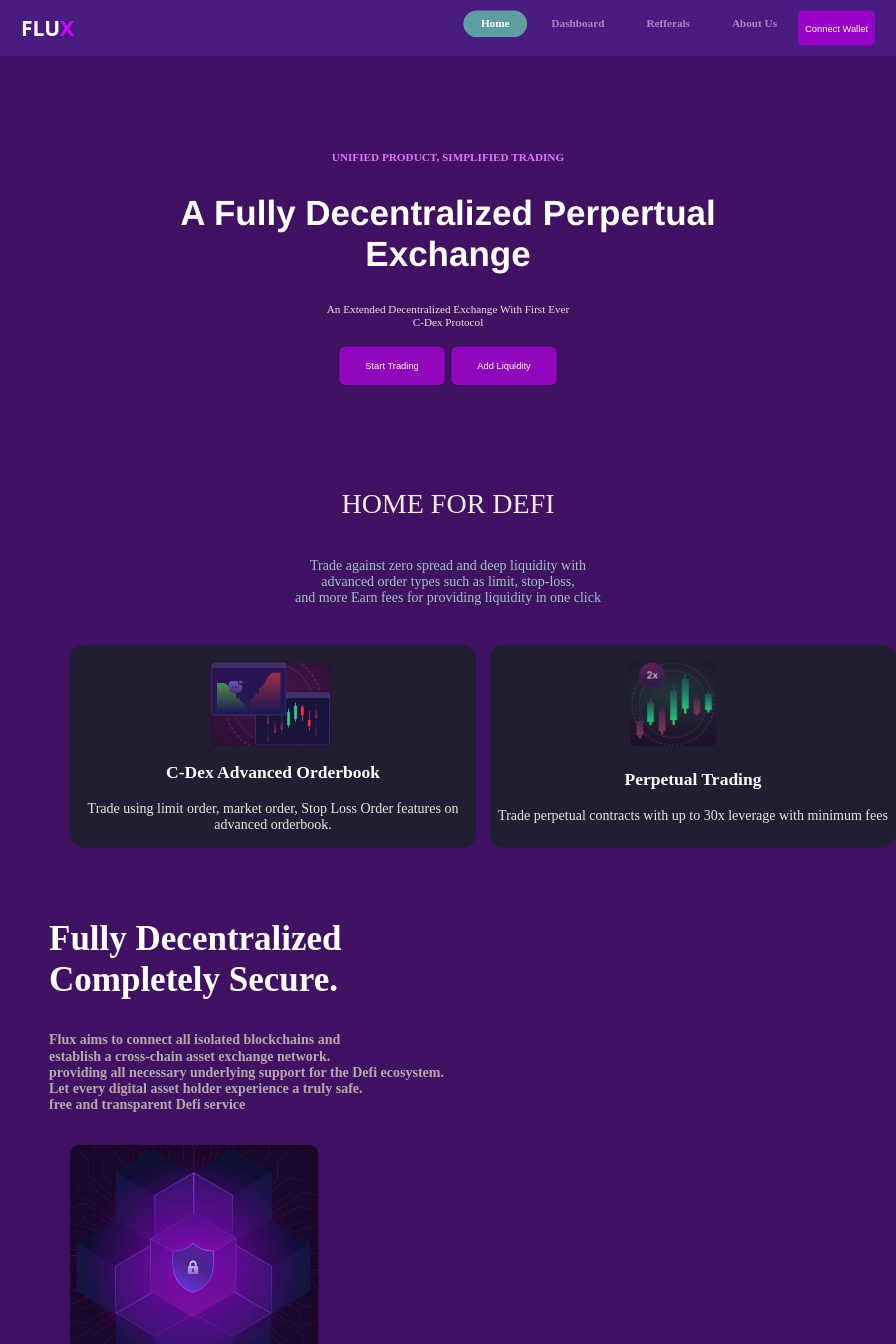
Repository: Tobby004/Flux-figma
Page: index.html
The author's editor kept a copy of each file at every save. The page is drawn from the files as they stood at one save, then again after the next save.
The browser window is 1280 px wide. The pictures show the part of the page from y = 0 to 1920 px (the page is 3239 px tall), at 70% of full size.

Above is the page before, as saved 2023-04-30 06:17:16.

### index.html
<!DOCTYPE html>
<html lang="en">
<head>
    <meta charset="UTF-8">
    <meta http-equiv="X-UA-Compatible" content="IE=edge">
    <meta name="viewport" content="width=device-width, initial-scale=1.0">
    <title>Flux Template</title>
    <link rel="stylesheet" href="style.css">
</head>
<body>
    <header>
   <nav class="navbar">
    <div class="logo">FLU<b>X</b>
    </div>
    <div class="hamburger">
        <div class="line"></div>
        <div class="line"></div>
        <div class="line"></div>
   </div>
        <ul>
            <li><a href="" class="active">Home</a></li>
            <li><a href="#">Dashboard</a></li>
            <li><a href="#">Refferals</a></li>
            <li><a href="#">About Us</a></li>
            <button>Connect Wallet</button>
        </ul>
        </nav>
    </header>
    <br><br>
    <h4>UNIFIED PRODUCT, SIMPLIFIED TRADING</h4>
    <h2> A Fully Decentralized Perpertual <br>Exchange </h2>
    <p>An Extended Decentralized Exchange With First Ever <br>C-Dex Protocol</p>
    <div class="button">
        <input type="button" value="Start Trading">
        <input type="button" value="Add Liquidity">
    </div>
<br>
<br>
<div class="section1">
    <h4>HOME FOR DEFI</h4>
    <p>Trade against zero spread and deep liquidity with<br> advanced order types such as limit, stop-loss,<br> and more Earn fees for providing liquidity in one click</p>
</div>
<br><br>
<div class="box">
    <div class="box1">
       <img src="img1.jpg">
  <h3>C-Dex Advanced Orderbook</h3>
  <p>Trade using limit order, market order, Stop Loss Order features on <br>advanced orderbook.</p>
    </div>
    <div class="box2">
        <img src="img2.jpg">
        <h3>Perpetual Trading</h3>
        <p>Trade perpetual contracts with up to 30x leverage with minimum fees</p>
    </div>
</div>
<section>
    <h1>Fully Decentralized <br>Completely Secure.</h1>
    <h6>Flux aims to connect all isolated blockchains and <br>establish a cross-chain asset exchange network.<br>providing all necessary underlying support for the Defi ecosystem.<br> Let every digital asset holder experience a truly safe.<br>free and transparent Defi service</h6>
    <img src="IMG3.jpg">
</section>
    <checkbox>
       <a><ion-icon name="checkmark-circle"></ion-icon>Built by experienced blockchain Developers</i></a>
       <a><ion-icon name="checkmark-circle"></ion-icon>Regular review and testing of platform</a>
       <a><ion-icon name="checkmark-circle"></ion-icon>Non-custodial and secured</a>
       </checkbox>
    <h1>Take Full Advantage of Everything <br>Layer 2 Has to Offer</h1>
    <checkbox>
        <a><ion-icon name="checkmark-circle"></ion-icon>Say goodbye to high gas fees</a>
        <a><ion-icon name="checkmark-circle"></ion-icon>Execute your trades instantly</a>
        <a><ion-icon name="checkmark-circle"></ion-icon>Trade from any device</a>
        <a><ion-icon name="checkmark-circle"></ion-icon>Stay completely secure with optimistic rollups</a>
        <a><ion-icon name="checkmark-circle"></ion-icon>Gain leveraged exposure on limitless assets</a>
    </checkbox>
   <div class="boxing">
    <div class="box3">
        <img src="img5.jpg">
        <h3>C-Dex Advanced Orderbook</h3>
        <p>User buy and sell crypto directly to / from the <br>self custodial wallet of their choice. No Deposits, only. direct crypto-flat transfers</p>
    </div>
   </div>
    <div class="container">
        <h1>FLU<b>X<b/></h1>
        <ul>
        <li><a href="#">Getting started</a></li>
        <li><a href="#">Support</a></li>
        <li><a href="#">FAQ</a></li>
        <li><a href="#">Terms Of Service</a></li>
     <icon1>
    <ion-icon name="logo-twitter"></ion-icon>
    <ion-icon name="logo-facebook"></ion-icon>
    <ion-icon name="logo-instagram"></ion-icon>
    </icon>
    <li><p>Copright 2023 Flux.All Rights Reserved</p></li>
</ul>
</div>
</body>
<script type="module" src="https://unpkg.com/ionicons@7.1.0/dist/ionicons/ionicons.esm.js"></script>
<script>
    hamburger = document.querySelector(".hamburger");
    hamburger.onclick = function(){
        navBar = document.querySelector(".navbar");
        navBar.classlist.toggle("active");
    }
</script>
</html>

### style.css
*{
    box-sizing: border-box;
    text-decoration: none;
    list-style: none;
}
body {
    margin: 0;
    padding: 0;
    background-color: rgb(64, 16, 98);
}
.navbar {
    display: flex;
    height: 80px;
    justify-content: space-between;
    align-items: center;
    padding:30px;
    background-color: rgb(72, 27, 128);
    color: white;
    font-weight: bold;
}
.navbar b {
    color: rgb(216, 0, 255);
}

.logo {
    font-size: 30px;
    font-weight: bold;
    font-family: system-ui, -apple-system, BlinkMacSystemFont, 'Segoe UI', Roboto, Oxygen, Ubuntu, Cantarell, 'Open Sans', 'Helvetica Neue', sans-serif;
}
.navbar ul {
    display: flex;
}
.hamburger{
    display: none;
}
.navbar ul li a{
    display: block;
    color: rgb(172, 132, 203);
    text-decoration: none;
    padding: 10px 25px;
    border-radius: 40px;
    transition: 0.5s;
    margin: 0 5px;
}
.navbar ul li a:hover{
    color: bisque;
    background: blueviolet;
}
.navbar ul li a.active{
    color: white;
    background: cadetblue;
}
 .navbar button{
    padding: 10px;
    background:rgb(151, 1, 201);
    border-radius: 7px;
    border: none;
    height: 50px;
    color: white;
}
h4 {
    margin-top: 100px;
    text-align: center;
    color: rgb(226, 117,252);
}
h2 {
    text-align: center;
    font-size: 50px;
    font: 600px;
    font-family: 'Franklin Gothic Medium', 'Arial Narrow', Arial, sans-serif;
    color: white;
}
p {
    text-align: center;
    color: rgb(248, 225, 225);
}
.button {
    display: flex;
    padding: 10px;
    gap: 10px;
    justify-content: center;
}
input[type="button"]{
    padding: 20px;
    width: 150px;
    border-radius: 9px;
    border: none;
    color: white;
    background-color: rgb(144, 6, 189);
}
 div h4 {
    color: rgb(241, 235, 227);
    font-size: 40px;
    font-weight: lighter;

}
 div p {
    color: rgb(158, 197, 197);
    font-size: 20px;
    font-weight: lighter;
}
.box {
    margin: auto;
    display: flex;
    gap: 20px;
    margin-left: 100px;
}
.box1{
    height: 290px;
    width: 580px;
    background-color: rgb(33, 30, 49);
    border-radius: 20px;
}
.box1 h3 {
    text-align: center;
    color: white;
    font-size: 25px;
    margin-top: 20px;
}
.box1 p {
    text-align: center;
    color: rgb(225, 236, 225);
}
.box1 img{
    margin-top: 25px;
    height: 120px;
    border-radius: 10px;
    margin-left: 200px;
}
.box2 {
    height: 290px;
    width: 580px;
    background-color: rgb(33, 30, 49);
    border-radius: 20px;
}
.box2 h3{
    text-align: center;
    font-size: 25px;
    color: white;
    margin-top: 30px;
}
.box2 p {
    text-align: center;
    color: rgb(225, 236, 225);
}
.box2 img {
    margin-top: 25px;
    height: 120px;
    border-radius: 10px;
   margin-left: 200px;
}
section h1 {
    margin-left: 70px;
    color: white;
    font-size: 50px;
    margin-top: 100px;
}
section img{
    height: 350px;
    border-radius: 15px;
    border: none;
   margin-left: 100px;
   margin-bottom: 50px;
}
section h6 {
    color: rgb(182, 170, 170);
    font-size: 20px;
    margin-left: 70px;
}

checkbox a {
    display: block;
    font-size: 20px;
    position: relative;
    color: white;
    margin-left: 70px;
}

h1 {
    color: white;
    font-size: 50px;
    margin-top: 50px;
    margin-left: 70px;
}
.boxing{
    margin-top: 70px;
}
.box3 {
    margin-bottom: 300px;
    margin: auto;
    height: 320px;
    width: 980px;
    border-radius: 50px;
    border: none;
    background: rgb(33, 30, 49);
}
.box3 img {
  margin-top: 25px;
  height: 80px;
  margin-left: 400px;
  border-radius: 10px;
}
.box3 h3{
    text-align: center;
    color: white;
    font-size: 25px
}
.container{
    height: 390px;
    margin-right: auto;
    margin-left: auto;
    background: rgb(26, 7, 41);
}
.container h1 {
    margin-top: 20px;
    color: white;
    text-align: center;
    font-family: 'Segoe UI', Tahoma, Geneva, Verdana, sans-serif;
}
.container b {
    color: rgb(218, 0, 255);
    font-family: 'Segoe UI', Tahoma, Geneva, Verdana, sans-serif;
}
.container ul {
    margin: auto;
    text-align: center;

}
.container li {
    display: inline;
    text-align: center;
}
.container a {
    text-decoration: none;
    font-size: 20px;
    padding: 10px;
    color: rgb(163, 157, 221);
}
.container icon1 {
    display: flex;
    gap: 8px;
    margin-top: 20px;
    margin-left: 40px;
    color: rgb(163, 157, 221);
    font-size: 30px;
}
.container li p {
    color: rgb(163, 157, 221);
    font-size: 20px;
    margin-left: 50px;
}


@media only screen  and (max-width:500px)
{
 h4 {
    font-size: 12px;
    text-align: center;
    font-weight: bolder;
 }
 h2 {
    font-size: 20px;
    text-align: center;

 }
 input[type="button"]{
    padding: 17px;
    display: flex;
    justify-content: center;
    width: 28%;
 }
div h4 {
    font-size: 20px;
    text-align: center;
    font-weight: bolder;
    margin-left: 20px;
    font-family: Georgia, 'Times New Roman', Times, serif;
}
p {
    font-size: 10px;
    text-align: center;
}
 div p {
    font-size: 10px;
    text-align: center;
    font-weight: bolder;
    margin-left: 20px;
 }
 .box {
    display: inline-block;
    margin-inline: 20px;
    gap: 30px;
    margin-left: auto;
    margin-right: auto;
 }
 .box1{
    margin-top: 30px;
    height: 220px;
    width: 75%;
    margin-left: 65px;
}
 .box1 img {
    height: 70px;
    margin-left: 100px;
}
 .box1 h3{
   font-size: 19px;
}
 .box1 p{
    font-size: 10px;
    font-weight: lighter;
}
 .box2 {
    margin-top: 30px;
    height: 220px;
    width: 75%;
    margin-left: 65px;
}
 .box2 img {
   height: 70px;
   margin-left: 100px;
}
 .box2 h3 {
   font-size: 15px;
}
 .box2 p {
   font-size: 10px;
   font-weight: lighter;
}
 section img {
    height: 150px;
    margin-left: 140px;
}
 section h1 {
    margin-top: 20px;
    text-align: center;
    font-size: 20px;
    margin-top: 20px;
    margin-right: 30px;
}
 section h6 {
    font-size: 15px;
    text-align: center;
    margin-right: 30px;
}
 h1 {
    font-size: 25px;
    font-family: 'Franklin Gothic Medium', 'Arial Narrow', Arial, sans-serif;
    margin-left: 20px;
    text-align: center;
}
 checkbox a {
    font-size: 15px;
    margin-top: 10px;
    text-align: center;
}
 .box3 {
    height: 220px;
    width: 75%;
}
.box3 img {
    height: 70px;
    margin-left: 105px;
}
.box3 h3 {
    font-size: 15px;
    text-align: center;
}
.box3 p{
   font-size: 10px;
   margin-left: 10px;
}
.container li a{
    display: block;
    font-weight: lighter;
    margin-bottom: 10px;
    font-size: 10px;
}
.container icon1{
    display: block;
    font-size: 20px;
}
.container li p {
    margin-right: 20px;
    font-size: 8px;
}
.navbar {
    padding: 0 30px;
}
.hamburger {
    display: block;
    cursor: pointer;
}
.hamburger .line {
    width: 30px;
    height: 3px;
    background: #fefefe;
    margin: 6px 0;
}
.navbar {
    position: relative;
}
}

After the next save:
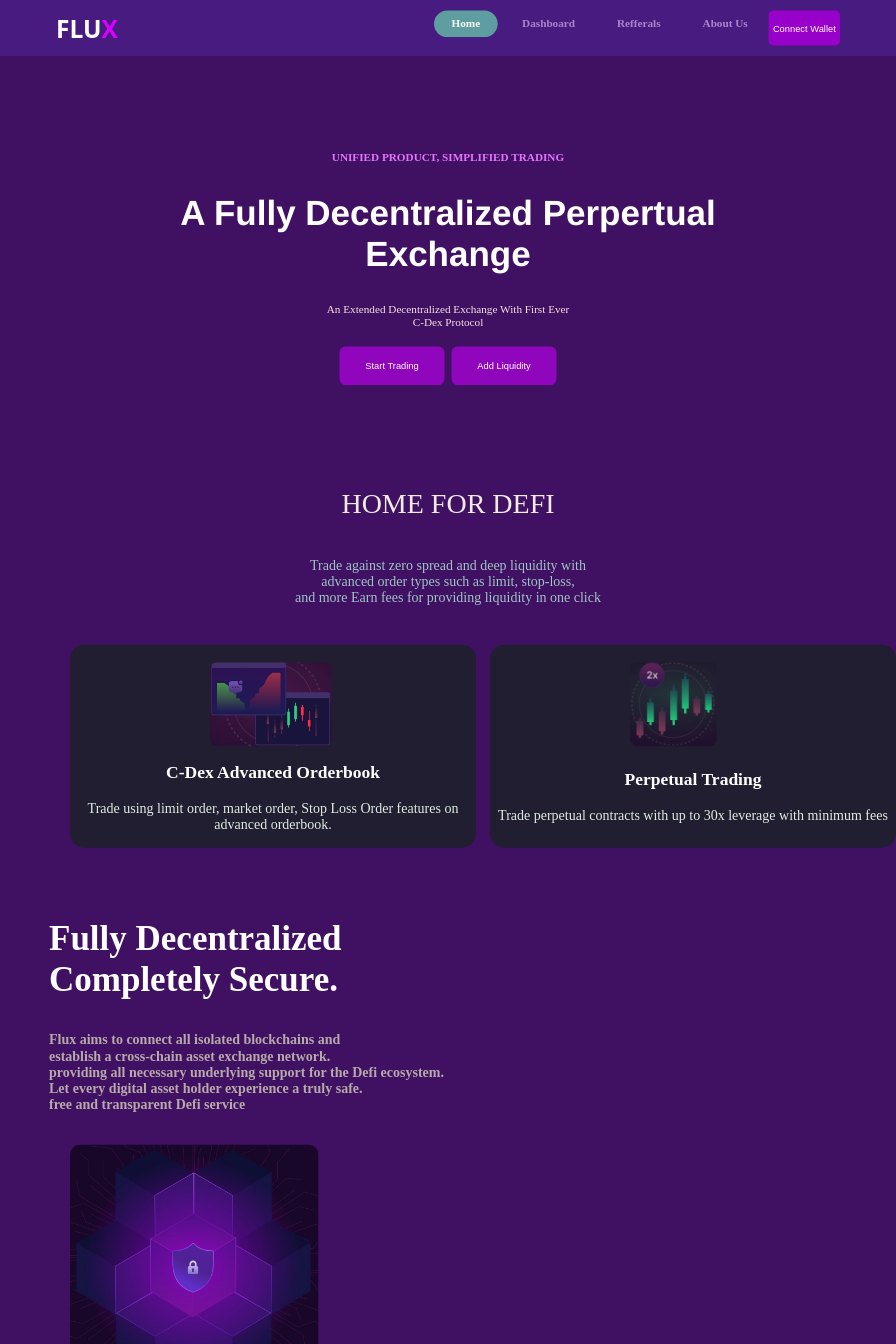
Saved 103 min 48 s later.
--- a/index.html
+++ b/index.html
@@ -9,14 +9,13 @@
 </head>
 <body>
     <header>
-   <nav class="navbar">
-    <div class="logo">FLU<b>X</b>
-    </div>
+    <div class="logo">FLU<b>X</b></div>
     <div class="hamburger">
         <div class="line"></div>
         <div class="line"></div>
         <div class="line"></div>
    </div>
+    <nav class="navbar">
         <ul>
             <li><a href="" class="active">Home</a></li>
             <li><a href="#">Dashboard</a></li>
--- a/style.css
+++ b/style.css
@@ -8,30 +8,30 @@ body {
     padding: 0;
     background-color: rgb(64, 16, 98);
 }
-.navbar {
+header {
+    width: 100%;
     display: flex;
     height: 80px;
     justify-content: space-between;
     align-items: center;
-    padding:30px;
+    padding:0 80px;
     background-color: rgb(72, 27, 128);
     color: white;
     font-weight: bold;
 }
-.navbar b {
+header  b {
     color: rgb(216, 0, 255);
 }
-
 .logo {
-    font-size: 30px;
+    font-size: 35px;
     font-weight: bold;
-    font-family: system-ui, -apple-system, BlinkMacSystemFont, 'Segoe UI', Roboto, Oxygen, Ubuntu, Cantarell, 'Open Sans', 'Helvetica Neue', sans-serif;
-}
-.navbar ul {
-    display: flex;
+    font-family: system-ui, -apple-system, BlinkMacSystemFont;
 }
 .hamburger{
     display: none;
+}
+.navbar ul {
+    display: flex;
 }
 .navbar ul li a{
     display: block;
@@ -50,8 +50,7 @@ body {
     color: white;
     background: cadetblue;
 }
- .navbar button{
-    padding: 10px;
+header button {
     background:rgb(151, 1, 201);
     border-radius: 7px;
     border: none;
